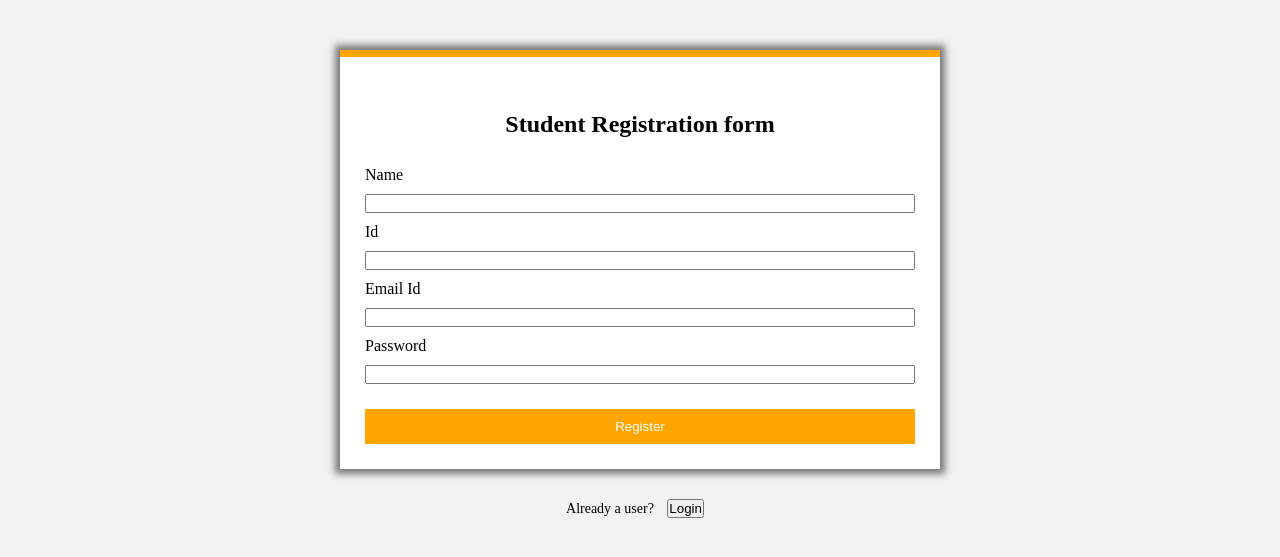
Repository: Sameer-0/workspace
Page: http://localhost/StudentCrud/views/index.jsp
An editor plug-in stored every save of this project. The page is shown before and after the next save, followed by the edit.
The browser window is 1280 px wide. The pictures show the whole page.
The pointer rests on the first visible `.button`.
The page is served by Tomcat 9.

Above is the page before, as saved 2022-07-12 07:59:15.

After the next save:
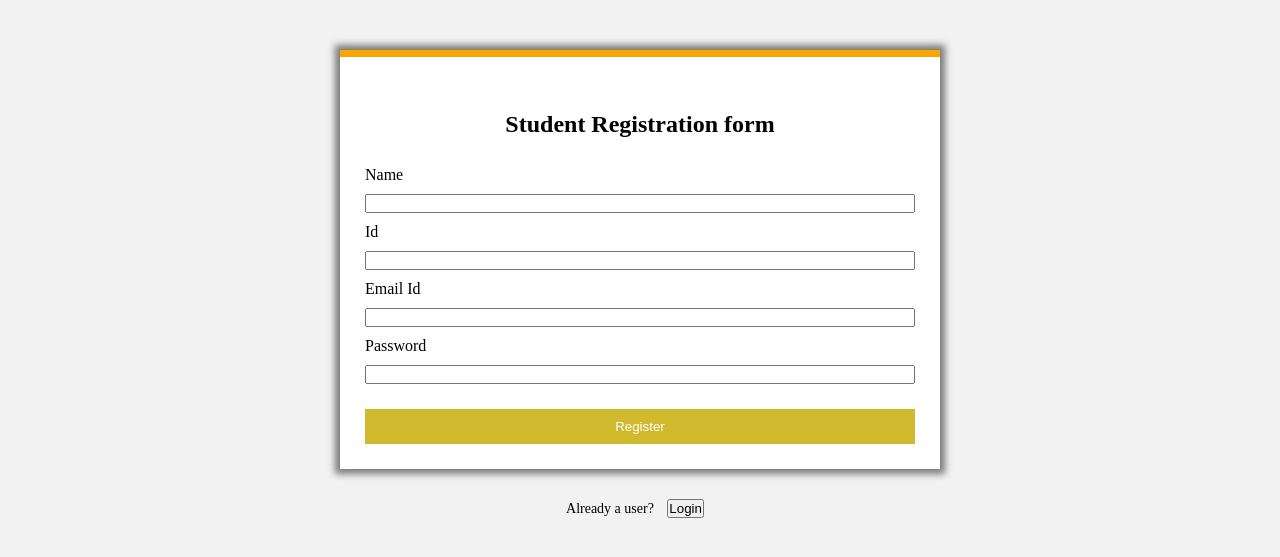
Saved 35 s later.
--- a/StudentCrud/src/main/webapp/views/style.css
+++ b/StudentCrud/src/main/webapp/views/style.css
@@ -48,7 +48,7 @@
 }
 
 .button:hover {
-	background: orange;
+	background: rgb(209, 185, 46);
 }
 
 #btn-div {

After the save that followed:
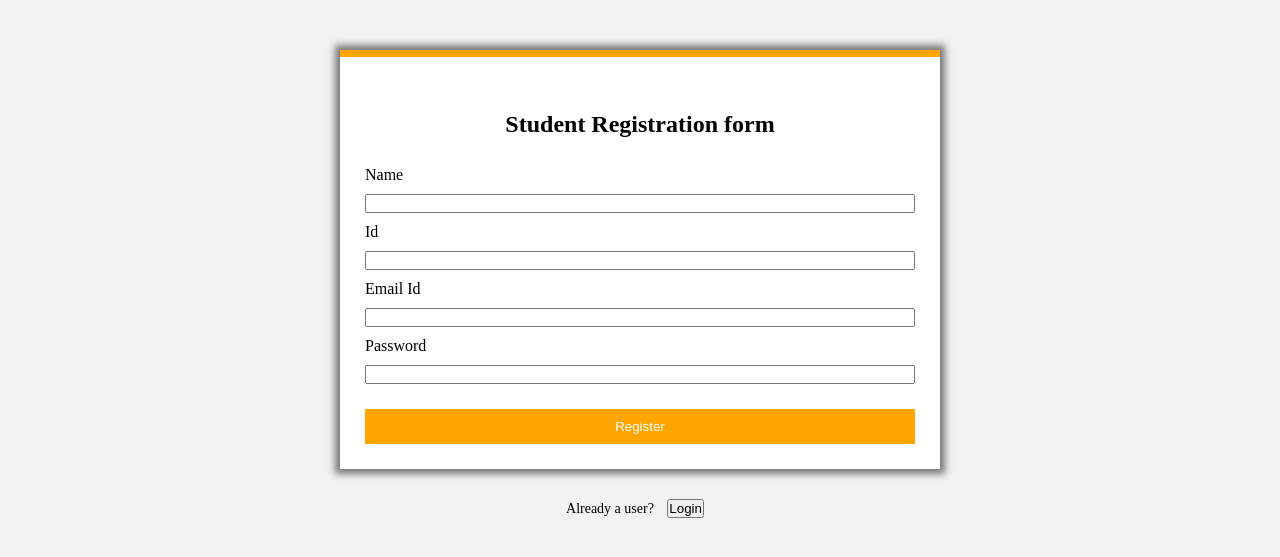
Saved 39 s later.
--- a/StudentCrud/src/main/webapp/views/style.css
+++ b/StudentCrud/src/main/webapp/views/style.css
@@ -48,7 +48,7 @@
 }
 
 .button:hover {
-	background: rgb(209, 185, 46);
+	background: rgb(251, 165, 4)9, 185, 46);
 }
 
 #btn-div {
